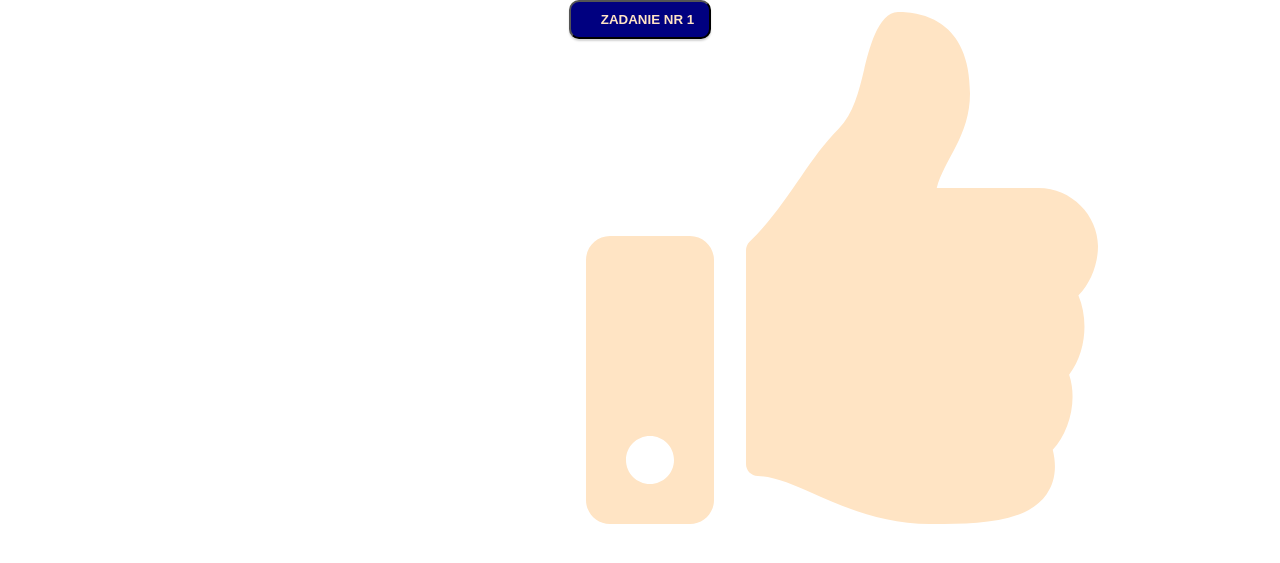
Repository: KrzysKolo/sr_tydzien3_zad_1_2_3
Page: /
The author's editor kept a copy of each file at every save. The page is drawn from the files as they stood at one save, then again after the next save.
The browser window is 1280 px wide. The pictures show the whole page.
The project was rebuilt for these pictures with package versions that can differ from the ones it lists, and the page was loaded fresh each time.

Above is the page before, as saved 2020-11-02 15:10:17.

After the next save:
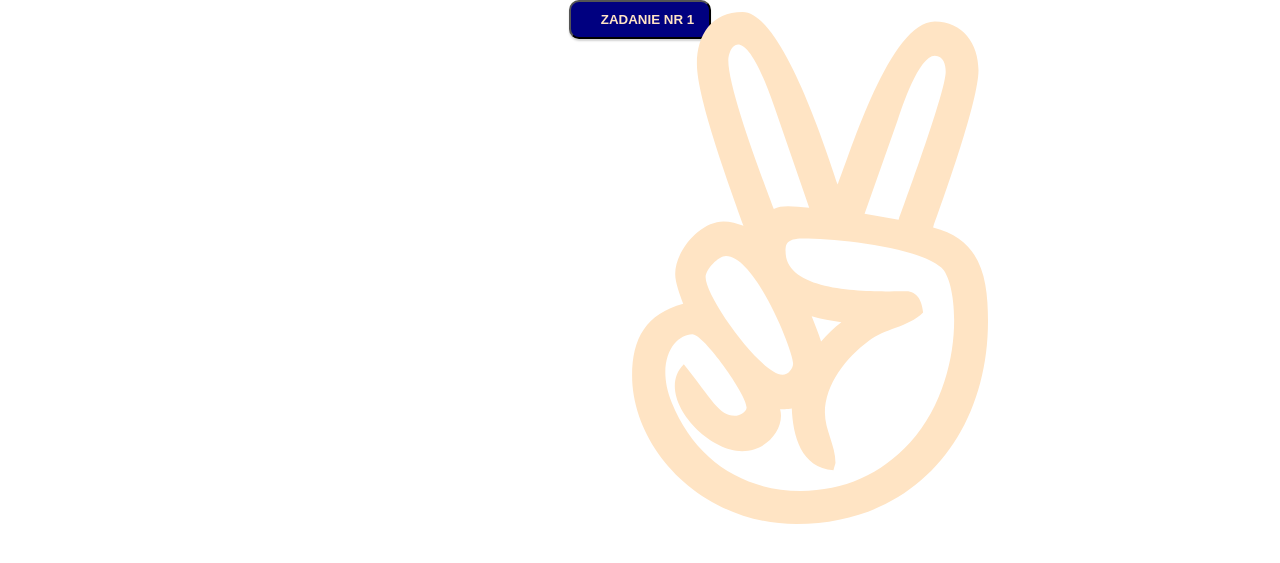
Saved 53 s later.
--- a/src/App.js
+++ b/src/App.js
@@ -12,7 +12,7 @@ class App extends Component {
 
     return (
       <div className="app">
-        <Button  bgColor="navy" color="bisque" label="Zadanie nr 1" icon={faThumbsUp} />
+        <Button  bgColor="navy" color="bisque" label="Zadanie nr 1"/>
 
       </div>
      );
